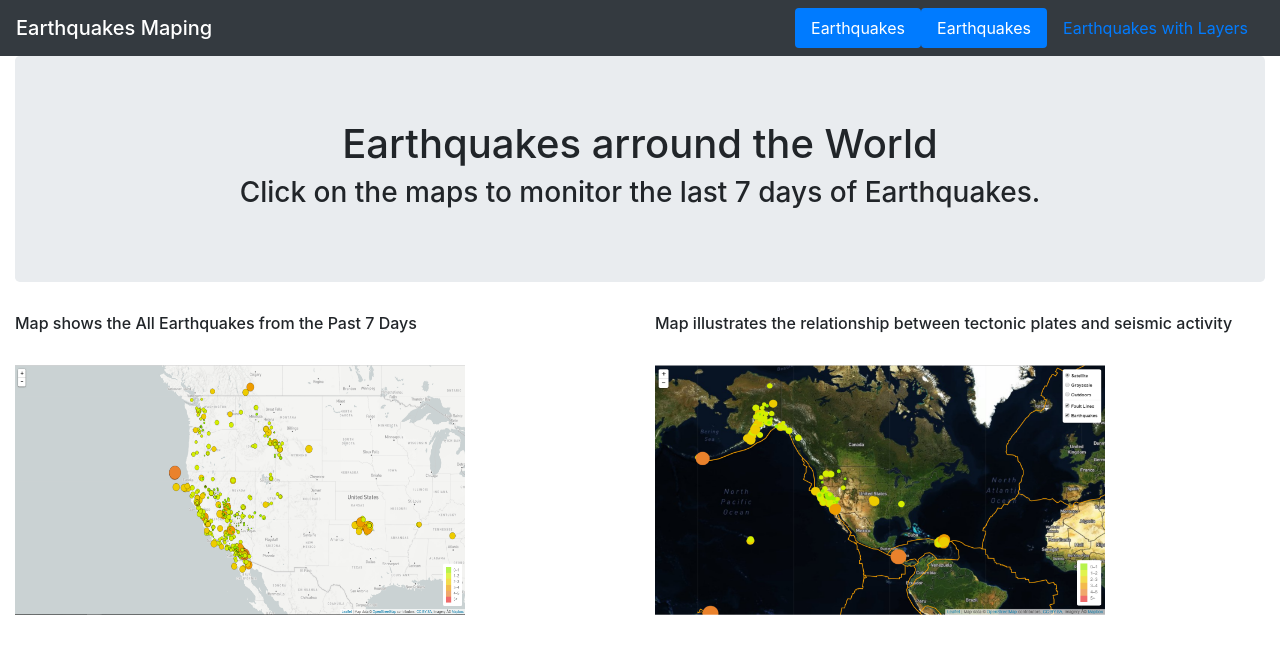
Repository: ermiasgelaye/leaflet-challenge
Page: index.html
The author's editor kept a copy of each file at every save. The page is drawn from the files as they stood at one save, then again after a run of saves.
The browser window is 1280 px wide. The pictures show the whole page.

Above is the page before, as saved 2020-09-18 21:43:21.

After the next 2 saves:
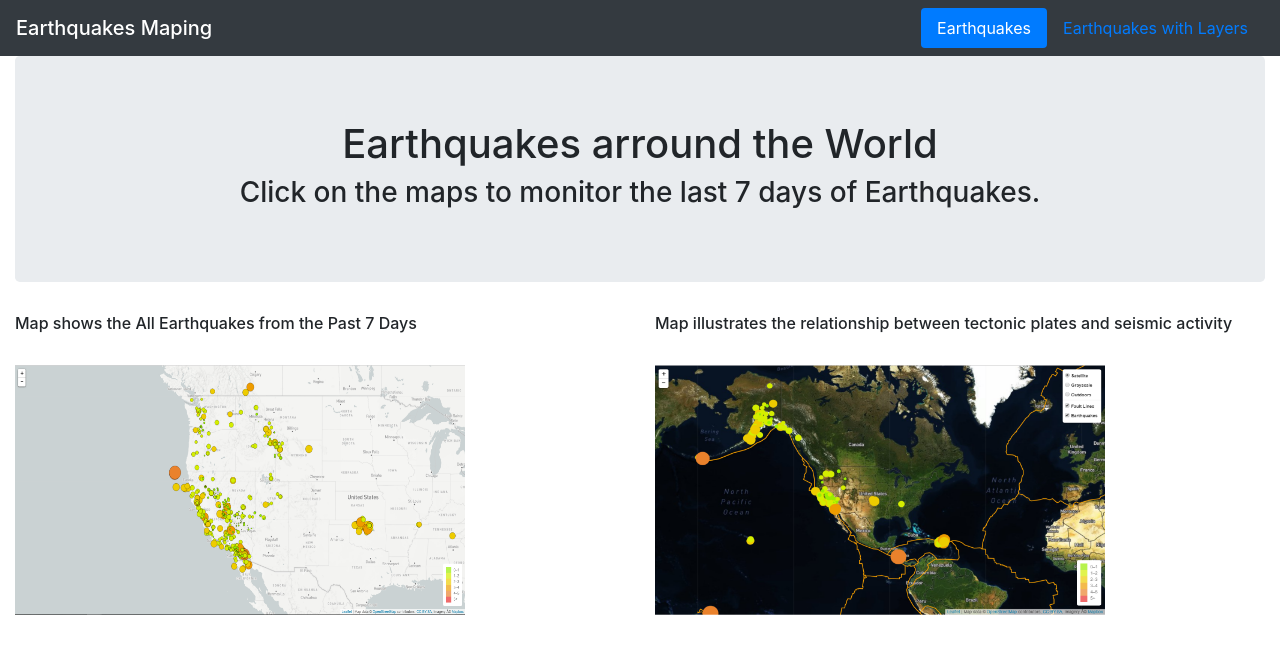
The 2 saves are shown as one change because they came seconds apart.
The last was saved 7 s later.
--- a/index.html
+++ b/index.html
@@ -29,9 +29,7 @@
           >
         </li>
 
-                <li class="nav-item">
-                  <a class="nav-link active" href="Leaflet-Step-1/step-1.html">Earthquakes</a>
-                </li>
+
         <li class="nav-item">
           <a class="nav-link" href="Leaflet-Step-2/step-2.html"
             >Earthquakes with Layers</a
